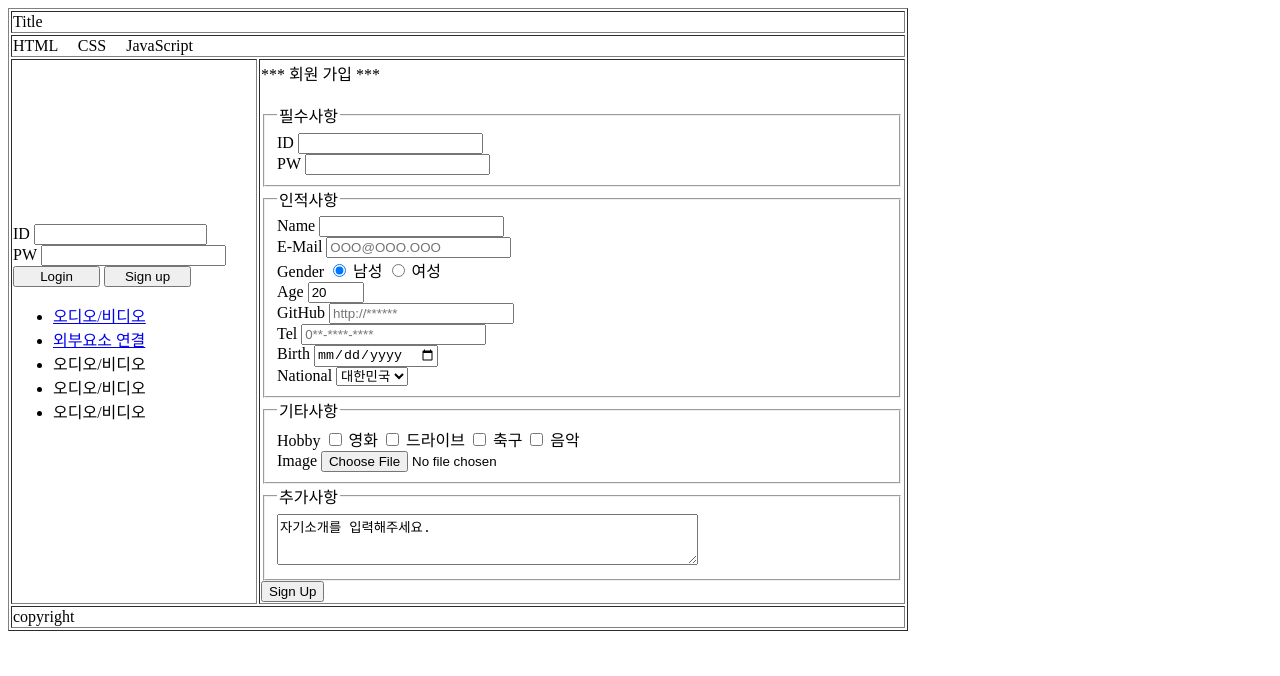
Repository: Hwangjiwon/MultiCampus
Page: http://localhost/2Study/jsp/member_insert.jsp
The author's editor kept a copy of each file at every save. The page is drawn from the files as they stood at one save, then again after the next save.
The browser window is 1280 px wide. The pictures show the whole page.
The page is served by Tomcat 9. Other server files are loaded and not shown.

Above is the page before, as saved 2019-05-31 02:49:29.

### 2Study/WebContent/jsp/member_insert.jsp
<%@ page language="java" contentType="text/html; charset=UTF-8"
	pageEncoding="UTF-8"%>

<jsp:include page="header.jsp"></jsp:include>
<jsp:include page="side.jsp"></jsp:include>
<td>

	*** 회원 가입 *** <br> <br>

	<form action = "/2Study/Main?sign=member_insert" method="get">
		<fieldset>
			<legend>필수사항</legend>
		ID <input type = "text" name = "id" > <br>
		PW <input type = "text" name = "pw" > <br>
		</fieldset>
		<fieldset>
			<legend>인적사항</legend>
		Name <input type = "text" name = "name"> <br>
		E-Mail <input type ="email" placeholder="OOO@OOO.OOO" /> <br>
		Gender <input type = "radio" name = gender" value = "male" checked /> 남성
			<input type = "radio" name = gender" value = "female" /> 여성 <br>
		Age <input type = "number" min = "1" max ="99" step ="1" value ="20"/> <br>
		GitHub <input type = "url" placeholder="http://******"/> <br>
		Tel <input type ="tel" pattern ="[0-9]{2,3}-[0-9]{3,4}-[0-9]{4}" placeholder ="0**-****-****"/><br>
		Birth <input type ="date" name ="birth"/> <br>
		National <select name ="country">
					<option value = "Korea" selected> 대한민국 </option>
					<option value = "USA"> 미국 </option>
					<option value = "UK"> 영국 </option>
					<option value = "Japan"> 일본 </option>
					<option value = "China"> 중국 </option>
				</select> <br>
		</fieldset>
		<fieldset>
			<legend>기타사항</legend>
		Hobby <input type ="checkbox" name = "hobby" value = "movie" /> 영화
			<input type ="checkbox" name = "hobby" value = "drive" /> 드라이브
			<input type ="checkbox" name = "hobby" value = "soccer" /> 축구
			<input type ="checkbox" name = "hobby" value = "music" /> 음악 <br>
		Image <input type = "file" name = "filename" > <br>
		</fieldset>
		<fieldset>
			<legend>추가사항</legend>
		<textarea rows = "3" cols ="50" name ="memo">
자기소개를 입력해주세요.
		</textarea> <br>
		</fieldset>
		<input type ="submit" value ="Sign Up">
	</form>
</td>
</tr>

<jsp:include page="copyright.jsp"></jsp:include>

### 2Study/WebContent/jsp/header.jsp
<%@ page language="java" contentType="text/html; charset=UTF-8"
	pageEncoding="UTF-8"%>
<!DOCTYPE html>
<html>
<head>
<meta charset="UTF-8">
<title>HOME</title>
</head>
<body>
	<table border="1" width="900" height="600">
		<tr height="15%">
			<td colspan="2">Title</td>
		</tr>
		<tr height="5%">
			<td colspan="2">HTML &nbsp;&nbsp;&nbsp; CSS &nbsp;&nbsp;&nbsp;
				JavaScript</td>
		</tr>

### 2Study/WebContent/jsp/side.jsp
<%@ page language="java" contentType="text/html; charset=UTF-8"
	pageEncoding="UTF-8"%>
<tr>
	<td width="20%">
		<!-- Java code가 들어갈 수 있는 부분 -->
		<%
			String username = (String)session.getAttribute("username");
			if(username != null) { //login_ok
		%>

			${username}님, 환영합니다.

		<form action="/2Study/Main?sign=logout" method="post">
			<input type="submit" value="Logout">
		</form>

		<%
			} else {
		%>
			<!-- 절대경로화 해서 서블릿으로 요청 보내기 -->
			<form style="width: 242px;" method="post" action="/2Study/Main?sign=login">
				ID <input name="id" style="width: 165px;"><br>
				PW <input name="pw" type="password"><br>
					<input type="submit" value="Login" style="width: 87px;">
					<a href = "/2Study/jsp/member_insert.jsp">
						<input type="button" value="Sign up" style="width: 87px;">
					</a>
			</form>

		<%
			}
		%>

		<ul>
			<!-- Context명부터 써줘서 절대경로화! /프로젝트명/... -->
			<li><a href="/2Study/jsp/audio_video.jsp">오디오/비디오</a></li>
			<li><a href="/2Study/jsp/iframe.jsp">외부요소 연결</a></li>
			<li>오디오/비디오</li>
			<li>오디오/비디오</li>
			<li>오디오/비디오</li>
		</ul>
	</td>

### 2Study/WebContent/jsp/copyright.jsp
<%@ page language="java" contentType="text/html; charset=UTF-8"
	pageEncoding="UTF-8"%>

<tr height="5%">
	<td colspan="2">copyright</td>
</tr>
</table>

</body>
</html>

After the next save:
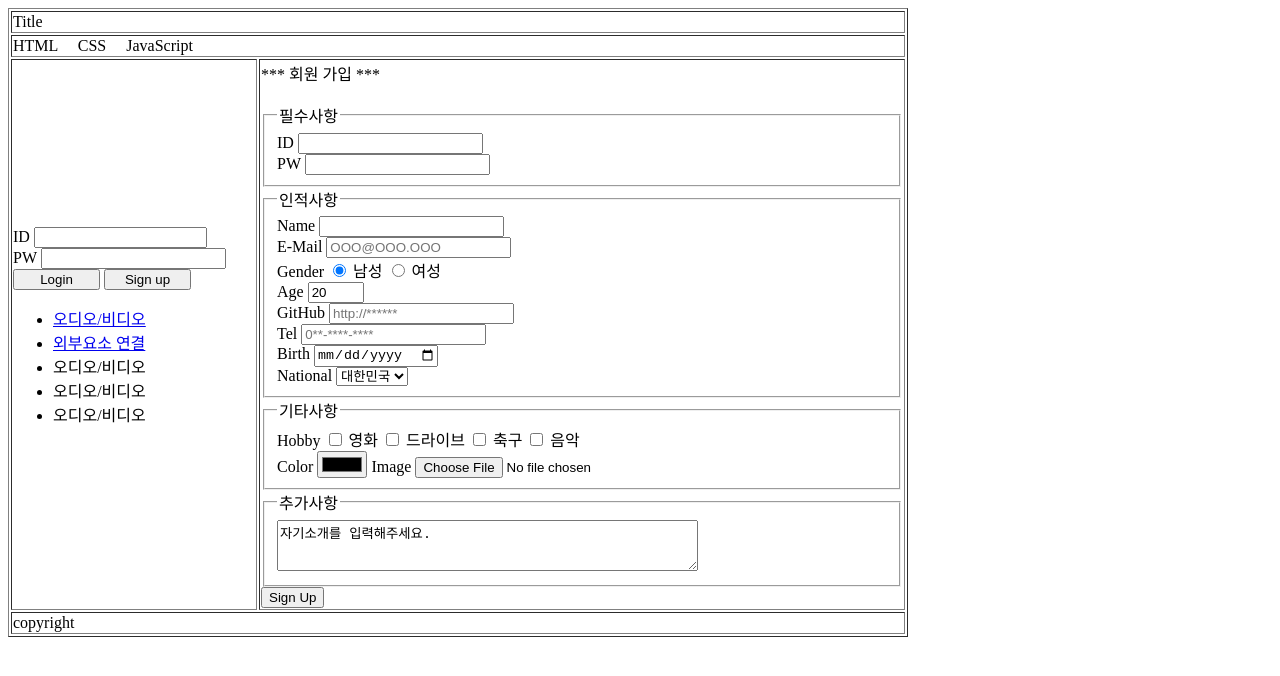
Saved 108 s later.
--- a/2Study/WebContent/jsp/member_insert.jsp
+++ b/2Study/WebContent/jsp/member_insert.jsp
@@ -37,6 +37,7 @@
 			<input type ="checkbox" name = "hobby" value = "drive" /> 드라이브
 			<input type ="checkbox" name = "hobby" value = "soccer" /> 축구
 			<input type ="checkbox" name = "hobby" value = "music" /> 음악 <br>
+		Color <input type = "color" name = "color">
 		Image <input type = "file" name = "filename" > <br>
 		</fieldset>
 		<fieldset>
